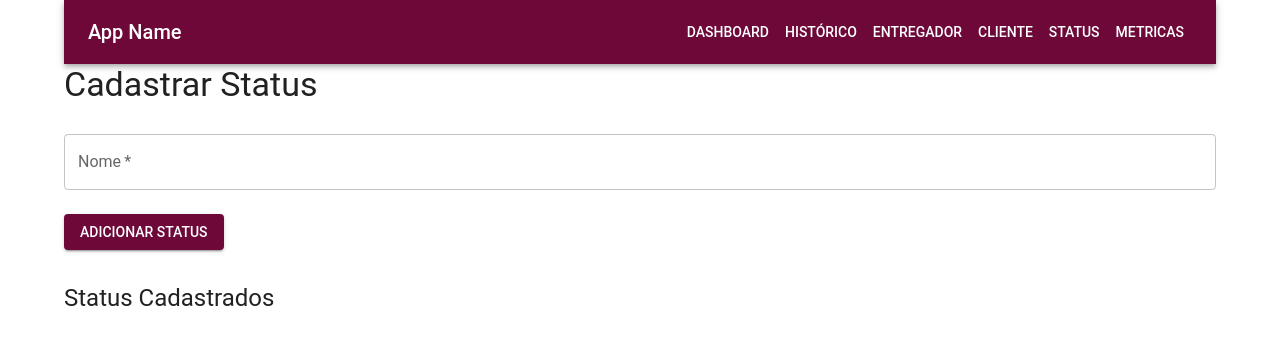
Repository: feliperanon/mobilegestao
Page: /add-status (app in frontend/)
These files come from the project's save history. The page is drawn as it stood at one moment and after the next save; the edit follows.
The browser window is 1280 px wide. The pictures show the whole page.
The page's requests for data from a server got no answer. The project was rebuilt for these pictures with package versions that can differ from the ones it lists, and the page was loaded fresh each time. No one was signed in, and anything a server would have sent is missing. Also part of the build but not shown: frontend/webpack.config.js, frontend/src/pages/Home.js, frontend/src/pages/History.js, frontend/src/pages/Analysis.js, frontend/src/components/Dashboard.js, frontend/src/components/Login.js, frontend/src/components/Register.js, frontend/src/components/AddEntregador.js and 2 more.

Above is the page before, as saved 2024-07-20 21:22:39.

### frontend/public/index.html
<!-- frontend/public/index.html -->

<!DOCTYPE html>
<html lang="en">
<head>
    <meta charset="UTF-8">
    <meta name="viewport" content="width=device-width, initial-scale=1.0">
    <title>Mobile Gestão</title>
</head>
<body>
    <div id="root"></div>
</body>
</html>

### frontend/src/index.js
import React from 'react';
import { createRoot } from 'react-dom/client';
import { BrowserRouter as Router, Route, Routes } from 'react-router-dom';
import { ThemeProvider } from '@mui/material/styles';
import CssBaseline from '@mui/material/CssBaseline';
import theme from './theme';
import Home from './pages/Home';
import History from './pages/History';
import Analysis from './pages/Analysis';
import Dashboard from './components/Dashboard';
import Login from './components/Login';
import Register from './components/Register';
import AddEntregador from './components/AddEntregador';
import AddCliente from './components/AddCliente';
import AddStatus from './components/AddStatus';
import Metrics from './components/Metrics';

const container = document.getElementById('root');
const root = createRoot(container);

root.render(
  <ThemeProvider theme={theme}>
    <CssBaseline />
    <Router>
      <Routes>
        <Route path="/" element={<Home />} />
        <Route path="/login" element={<Login />} />
        <Route path="/register" element={<Register />} />
        <Route path="/dashboard" element={<Dashboard />} />
        <Route path="/history" element={<History />} />
        <Route path="/analysis" element={<Analysis />} />
        <Route path="/metrics" element={<Metrics />} />
        <Route path="/add-entregador" element={<AddEntregador />} />
        <Route path="/add-cliente" element={<AddCliente />} />
        <Route path="/add-status" element={<AddStatus />} />
      </Routes>
    </Router>
  </ThemeProvider>
);

### frontend/src/theme.js
import { createTheme } from '@mui/material/styles';

const theme = createTheme({
  palette: {
    primary: {
      main: '#6d0839',
    },
    secondary: {
      main: '#750e49',
    },
  },
  typography: {
    fontFamily: 'Roboto, Arial, sans-serif',
  },
});

export default theme;

### frontend/src/components/AddStatus.js
// frontend/src/components/AddStatus.js

import React, { useState, useEffect } from 'react';
import axios from 'axios';
import { Container, Typography, TextField, Button, Box, List, ListItem, ListItemText, IconButton } from '@mui/material';
import Navigation from './Navigation';
import EditIcon from '@mui/icons-material/Edit';
import DeleteIcon from '@mui/icons-material/Delete';
import DeactivateIcon from '@mui/icons-material/Block';

const AddStatus = () => {
  const [nome, setNome] = useState('');
  const [statusList, setStatusList] = useState([]);
  const [message, setMessage] = useState('');
  const [editMode, setEditMode] = useState(false);
  const [editId, setEditId] = useState(null);

  useEffect(() => {
    const fetchStatus = async () => {
      try {
        const response = await axios.get('http://localhost:5008/api/lists/status');
        setStatusList(response.data);
      } catch (err) {
        console.error('Erro ao buscar status', err);
      }
    };

    fetchStatus();
  }, []);

  const handleSubmit = async (e) => {
    e.preventDefault();
    try {
      if (editMode) {
        await axios.put(`http://localhost:5008/api/lists/status/${editId}`, { nome });
        setMessage('Status atualizado com sucesso!');
      } else {
        const response = await axios.post('http://localhost:5008/api/lists/status', { nome });
        setStatusList([...statusList, response.data]);
        setMessage('Status cadastrado com sucesso!');
      }
      setNome('');
      setEditMode(false);
      setEditId(null);
    } catch (err) {
      setMessage('Erro ao adicionar/atualizar status. Tente novamente.');
      console.error('Erro ao adicionar/atualizar status', err);
    }
  };

  const handleEdit = (id, nome) => {
    setEditMode(true);
    setEditId(id);
    setNome(nome);
  };

  const handleDelete = async (id) => {
    try {
      await axios.delete(`http://localhost:5008/api/lists/status/${id}`);
      setStatusList(statusList.filter(status => status._id !== id));
      setMessage('Status excluído com sucesso!');
    } catch (err) {
      setMessage('Erro ao excluir status. Tente novamente.');
      console.error('Erro ao excluir status', err);
    }
  };

  const handleDeactivate = async (id) => {
    try {
      await axios.patch(`http://localhost:5008/api/lists/status/${id}/deactivate`);
      setStatusList(statusList.map(status => status._id === id ? { ...status, ativo: false } : status));
      setMessage('Status desativado com sucesso!');
    } catch (err) {
      setMessage('Erro ao desativar status. Tente novamente.');
      console.error('Erro ao desativar status', err);
    }
  };

  return (
    <Container>
      <Navigation />
      <Typography variant="h4" component="h1" gutterBottom>
        Cadastrar Status
      </Typography>
      <Box component="form" onSubmit={handleSubmit} sx={{ mb: 4 }}>
        <TextField
          label="Nome"
          value={nome}
          onChange={(e) => setNome(e.target.value)}
          fullWidth
          required
          margin="normal"
        />
        <Button type="submit" variant="contained" color="primary" sx={{ mt: 2 }}>
          {editMode ? 'Atualizar Status' : 'Adicionar Status'}
        </Button>
        {message && <Typography variant="body2" color="textSecondary">{message}</Typography>}
      </Box>
      <Typography variant="h5" component="h2" gutterBottom>
        Status Cadastrados
      </Typography>
      <List>
        {statusList.map((status) => (
          <ListItem key={status._id}>
            <ListItemText primary={status.nome} />
            <IconButton onClick={() => handleEdit(status._id, status.nome)}>
              <EditIcon />
            </IconButton>
            <IconButton onClick={() => handleDeactivate(status._id)}>
              <DeactivateIcon />
            </IconButton>
            <IconButton onClick={() => handleDelete(status._id)}>
              <DeleteIcon />
            </IconButton>
          </ListItem>
        ))}
      </List>
    </Container>
  );
};

export default AddStatus;

### frontend/src/components/Navigation.js
import React from 'react';
import { Link } from 'react-router-dom';
import { AppBar, Toolbar, Typography, Button } from '@mui/material';

const Navigation = () => {
  return (
    <AppBar position="static">
      <Toolbar>
        <Typography variant="h6" sx={{ flexGrow: 1 }}>
          App Name
        </Typography>
        <Button color="inherit" component={Link} to="/dashboard">Dashboard</Button>
        <Button color="inherit" component={Link} to="/history">Histórico</Button>
        <Button color="inherit" component={Link} to="/add-entregador">Entregador</Button>
        <Button color="inherit" component={Link} to="/add-cliente">Cliente</Button>
        <Button color="inherit" component={Link} to="/add-status">Status</Button>
        <Button color="inherit" component={Link} to="/metrics">Metricas</Button>
      </Toolbar>
    </AppBar>
  );
};

export default Navigation;

After the next save:
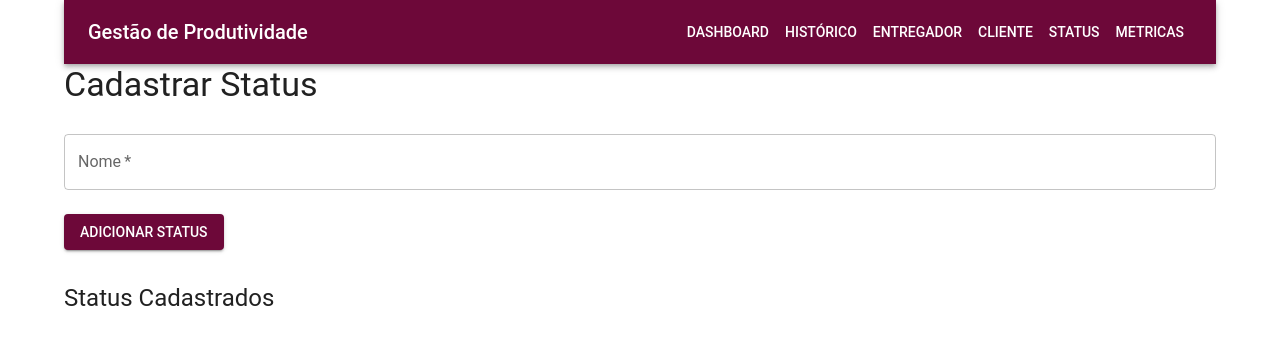
Saved 52 s later.
--- a/frontend/src/components/Navigation.js
+++ b/frontend/src/components/Navigation.js
@@ -7,7 +7,7 @@ const Navigation = () => {
     <AppBar position="static">
       <Toolbar>
         <Typography variant="h6" sx={{ flexGrow: 1 }}>
-          App Name
+          Gestão de Produtividade
         </Typography>
         <Button color="inherit" component={Link} to="/dashboard">Dashboard</Button>
         <Button color="inherit" component={Link} to="/history">Histórico</Button>
